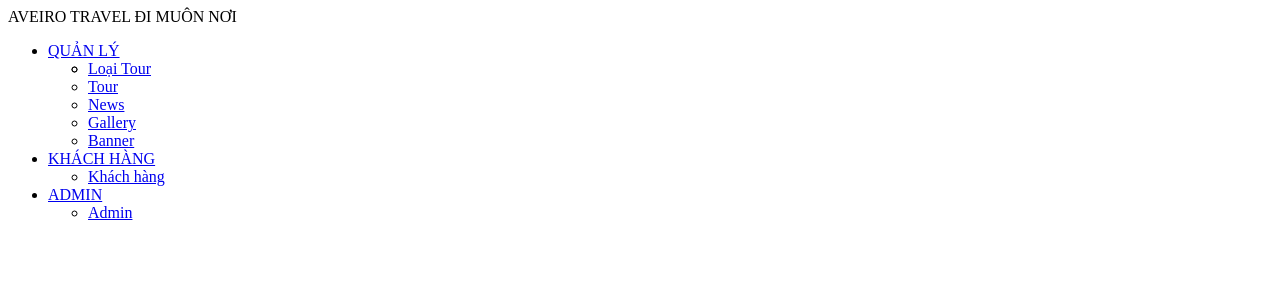
Repository: tuan842001/demo
Page: http://localhost/admin/component/navbar.php
The author's editor kept a copy of each file at every save. The page is drawn from the files as they stood at one save, then again after the next save.
The browser window is 1280 px wide. The pictures show the whole page.
The page is run by PHP 8.4 with error messages shown; the project is at /var/www/html/.

Above is the page before, as saved 2021-11-07 14:29:21.

After the next save:
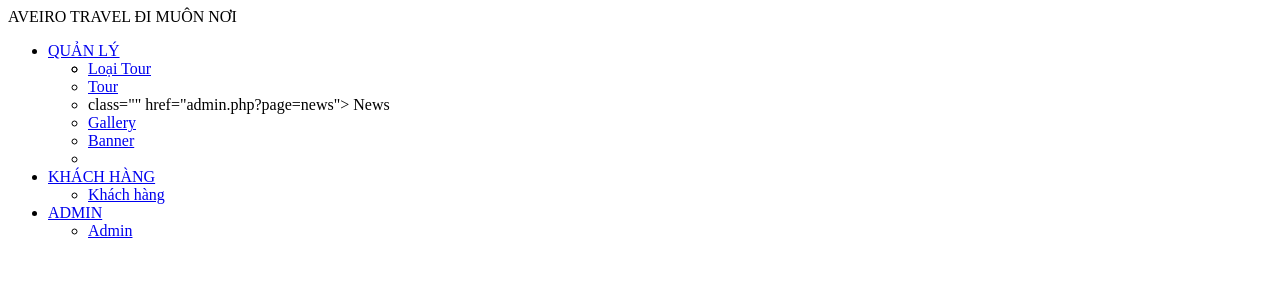
Saved 16 min 37 s later.
--- a/admin/component/navbar.php
+++ b/admin/component/navbar.php
@@ -44,6 +44,7 @@
 
         <li>
           <a
+            <i class='fa-solid fa-newspaper'></i>
             class="<?php if($page == 'news') echo 'active' ?>"
             href="admin.php?page=news"> News
           </a>
@@ -61,6 +62,9 @@
             class="<?php if($page == 'banner') echo 'active' ?>"
             href="admin.php?page=banner"> Banner
           </a>
+        </li>
+        <li>
+
         </li>
       </ul>
     </li>
